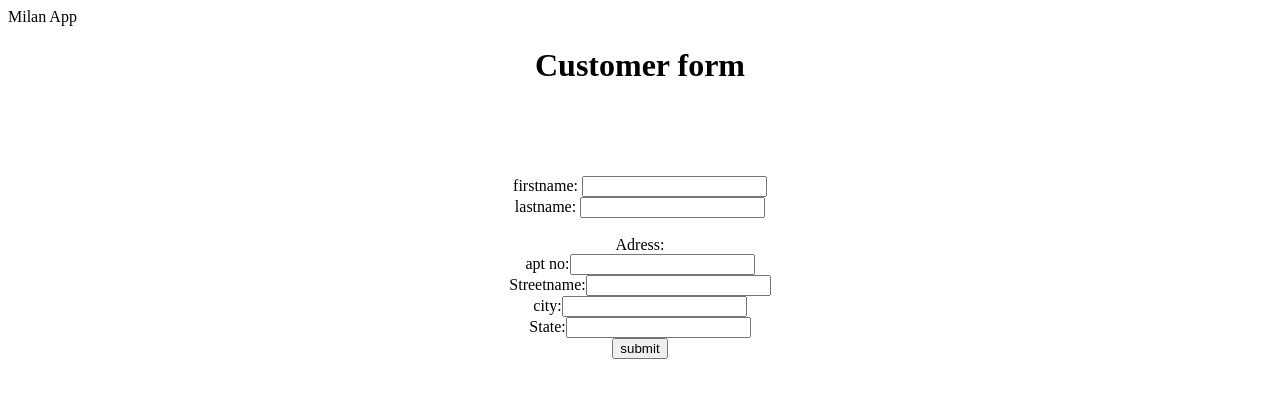
Repository: srinivaskommu/java-training
Page: milan-app/src/main/webapp/index.html
An editor plug-in stored every save of this project. The page is shown before and after the next save, followed by the edit.
The browser window is 1280 px wide. The pictures show the whole page.

Above is the page before, as saved 2015-07-25 04:15:54.

### milan-app/src/main/webapp/index.html
<!DOCTYPE html>
<html>
<head>
<meta charset="UTF-8">
<title>Milan App</title>
</head>
<body>
Milan App

<form action="/hello">

		<h1 style="text-align: center">Customer form</h1>
		<br>
		<br>
		<br>

		<p style="text-align: center">
			firstname: <input type="text" name="firstname" />
			<br> lastname:
			<input type="text" name="lastname"><br>
			<br> Adress:<br> apt no:<input type"text" name="aptno"><br>
			Streetname:<input type "text" name="Streetname"><br>
			city:<input type "text" name="city"><br> State:<input
				type"text" name="State"><br>


		<input type="submit"
				value="submit"/>


		<!--  <input type="submit"
				value="submit" onclick="form.action='Welcome.jsp';"> -->
		</p>
	</form>



</body>
</html>

After the next save:
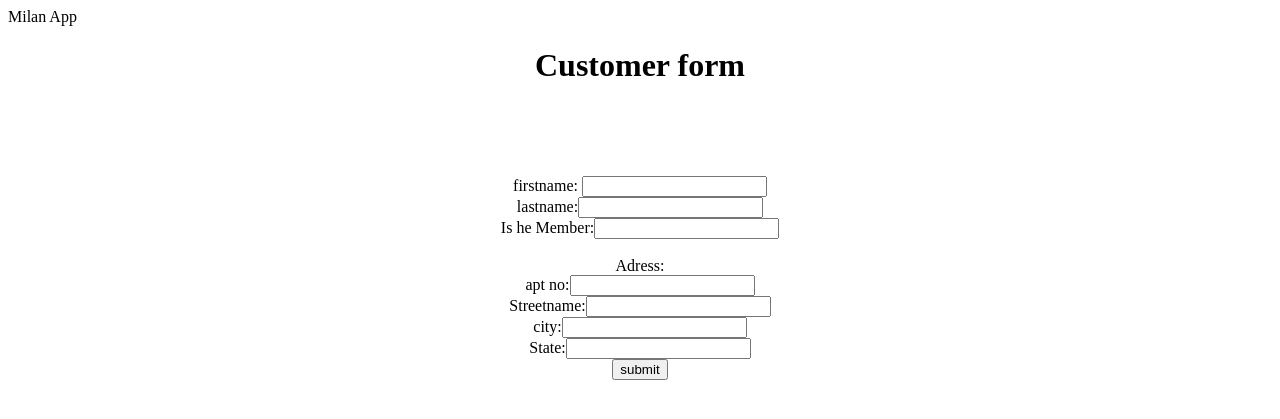
Saved 42 s later.
--- a/milan-app/src/main/webapp/index.html
+++ b/milan-app/src/main/webapp/index.html
@@ -15,9 +15,10 @@ Milan App
 		<br>
 
 		<p style="text-align: center">
-			firstname: <input type="text" name="firstname" />
-			<br> lastname:
-			<input type="text" name="lastname"><br>
+			firstname: <input type="text" name="firstname" /><br>
+			lastname:<input type="text" name="lastname"><br>
+			Is he Member:<input type="text" name="lastname"><br>
+
 			<br> Adress:<br> apt no:<input type"text" name="aptno"><br>
 			Streetname:<input type "text" name="Streetname"><br>
 			city:<input type "text" name="city"><br> State:<input
